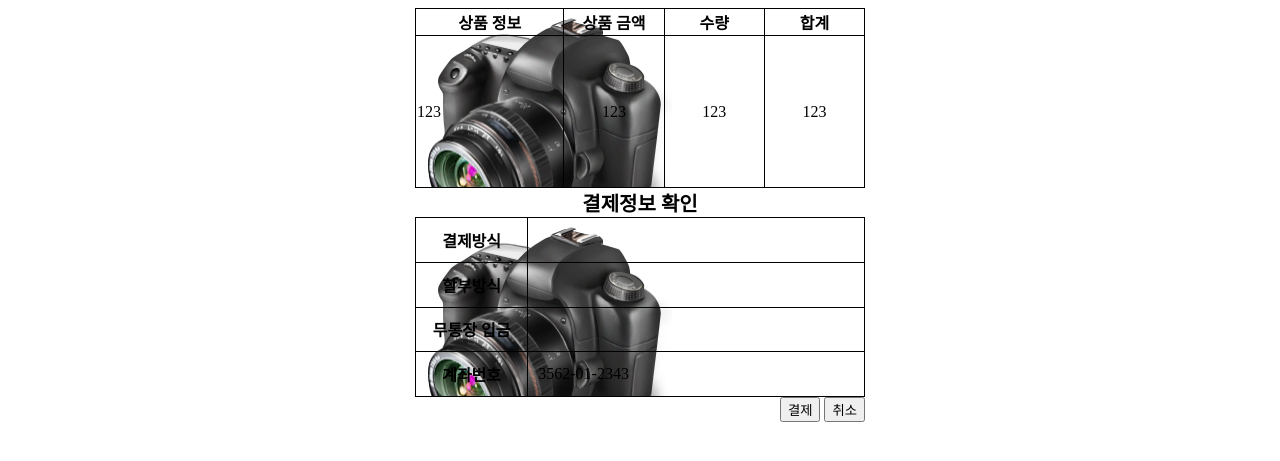
Repository: fellownew/project_workspace
Page: http://localhost/shoppingmall/WEB-INF/view/body/buyer/buyer_order_popup.jsp
These files come from the project's save history. The page is drawn as it stood at one moment and after the next save; the edit follows.
The browser window is 1280 px wide. The pictures show the whole page.
The page is served by Tomcat 9. Nobody is signed in. Other server files are loaded and not shown. The template is opened directly, without the code that normally fills it, so the values that code supplies are empty.

Above is the page before, as saved 2015-06-15 07:59:31.

### shoppingmall/WebContent/WEB-INF/view/body/buyer/buyer_order_popup.jsp
<%@ page contentType="text/html;charset=UTF-8"%>
<%@ taglib prefix="c" uri="http://java.sun.com/jsp/jstl/core"%>
<%@ taglib prefix="fn" uri="http://java.sun.com/jsp/jstl/functions"%>
<%@ taglib prefix="fmt" uri="http://java.sun.com/jsp/jstl/fmt"%>
<!DOCTYPE html>
<html>
<head>
<meta charset="UTF-8">

<style type="text/css">
.center {
	background: url(4.png) no-repeat;
	width: 450px;
	height: 180px;
	margin: 0 auto;
	border: 1px solid black; #
	wrap {position: relative; left : 50%;
	margin-left: -150px;
	align: center;
	left: 50%;
}

}
table, td, th {
	border: 1px #000 solid;
	border-collapse: collapse;
}
</style>


<title>결제창</title>
<link rel="stylesheet"
	href="<%=request.getContextPath()%>/css/sidemenu.css">
<script type="text/javascript"
	src="<%=request.getContextPath()%>/script/jquery.js"></script>
<script type="text/javascript">
	$(document).ready(function() {
		$("#test").on("click", function() {
			opener.parent.payment();
			window.self.close();
		});
	});
</script>

</head>
<body>
<table class="center">
	<colgroup>
		<col width="40">
		<col width="20">
		<col width="20">
		<col width="20">
	</colgroup>
			<thead>
			<tr>
				<th style=" width=150px">상품 정보</th>
				<th>상품 금액</th>
				<th>수량</th>
				<th>합계</th>
			</tr>
		</thead>
		<tbody>
			<tr>
				<td>123</td>
				<td style="text-align:center">123</td>
				<td style="text-align:center">123</td>
				<td style="text-align:center">123</td>
			</tr>
		</tbody>
</table>
	<table class="center">
		<colgroup>
			<col width="25%">
			<col width="75%">
		</colgroup>

		<caption style="text-align: center; font-weight: bold; font-size: 20px; align:center">
			결제정보 확인
		</caption>
		<thead>
			<tr>
				<c:if test="${param.addtype=='기본주소' }">
					<tr>
						<th>받는분</th>
						<td style="padding-left: 10px">${sessionScope.loginInfo.name}</td>
					</tr>
					<tr>
						<th>연락처</th>
						<td style="padding-left: 10px">${sessionScope.loginInfo.phone}</td>
					</tr>
					<tr>
						<th>주소</th>
						<td style="padding-left: 10px">(${sessionScope.loginInfo.address.postcode })
							${sessionScope.loginInfo.address.addressDetails }</td>
					</tr>
				</c:if>
				<c:if test="${param.addtype=='새로입력' }">
					<tr>
						<th>받는분</th>
						<td style="padding-left: 10px">${param.name}</td>
					</tr>
					<tr>
						<th>연락처</th>
						<td style="padding-left: 10px">${param.phone}</td>
					</tr>
					<tr>
						<th>주소</th>
						<td style="padding-left: 10px">${param.addressDetails}</td>
					</tr>
				</c:if>
			</tr>

			<tr>
				<c:if test="${param.card!='카드선택' }">
					<tr>
						<th>결제방식</th>
						<td style="padding-left: 10px">${param.card }</td>
					</tr>
					<tr>
						<th>할부방식</th>
						<td style="padding-left: 10px">${param.installment }</td>
					</tr>
				</c:if>
				<c:if test="${param.bank!='은행선택' }">
					<tr>
						<th>무통장 입금</th>
						<td style="padding-left: 10px">${param.bank }</td>
					</tr>
					<tr>
						<th>계좌번호</th>
						<td style="padding-left: 10px">3562-01-2343</td>
					</tr>
				</c:if>
			</tr>
		<caption style="text-align: right" align="bottom">
			<button id="test">결제</button>
			<button onclick="window.close()">취소</button>
		</caption>
	</table>
	<br>
</body>
</html>

### shoppingmall/WebContent/css/sidemenu.css
/* Starter CSS for Flyout Menu */
#cssmenu,
#cssmenu ul,
#cssmenu ul li,
#cssmenu ul ul {
  list-style: none;
  margin: 0;
  padding: 0;
  border: 0;
}
#cssmenu ul {
  position: relative;
  z-index: 597;
  float: left;
}
#cssmenu ul li {
  float: left;
  min-height: 1px;
  line-height: 1em;
  vertical-align: middle;
}
#cssmenu ul li.hover,
#cssmenu ul li:hover {
  position: relative;
  z-index: 599;
  cursor: default;
}
#cssmenu ul ul {
  margin-top: 1px;
  visibility: hidden;
  position: absolute;
  top: 1px;
  left: 99%;
  z-index: 598;
  width: 100%;
}
#cssmenu ul ul li {
  float: none;
}
#cssmenu ul ul ul {
  top: 1px;
  left: 99%;
}
#cssmenu ul li:hover > ul {
  visibility: visible;
}
#cssmenu ul li {
  float: none;
}
#cssmenu ul ul li {
  font-weight: normal;
}
/* Custom CSS Styles */
#cssmenu {
  font-size: 18px;
  width: 200px;
}
#cssmenu ul a,
#cssmenu ul a:link,
#cssmenu ul a:visited {
  display: block;
  color: #848889;
  text-decoration: none;
  font-weight: 300;
}
#cssmenu > ul {
  float: none;
}
#cssmenu ul {
  background: #fff;
}
#cssmenu > ul > li {
  border-left: 3px solid #d7d8da;
}
#cssmenu > ul > li > a {
  padding: 10px 20px;
}
#cssmenu > ul > li:hover {
  border-left: 3px solid #3dbd99;
}
#cssmenu ul li:hover > a {
  color: #3dbd99;
}
#cssmenu > ul > li:hover {
  background: #f6f6f6;
}
/* Sub Menu */
#cssmenu ul ul a:link,
#cssmenu ul ul a:visited {
  font-weight: 400;
  font-size: 14px;
}
#cssmenu ul ul {
  width: 180px;
  background: none;
  border-left: 20px solid transparent;
}
#cssmenu ul ul a {
  padding: 8px 0;
  border-bottom: 1px solid #eeeeee;
}
#cssmenu ul ul li {
  padding: 0 20px;
  background: #fff;
}
#cssmenu ul ul li:last-child {
  border-bottom: 3px solid #d7d8da;
  padding-bottom: 10px;
}
#cssmenu ul ul li:first-child {
  padding-top: 10px;
}
#cssmenu ul ul li:last-child > a {
  border-bottom: none;
}
#cssmenu ul ul li:first-child:after {
  content: '';
  display: block;
  width: 0;
  height: 0;
  position: absolute;
  left: -20px;
  top: 13px;
  border-left: 10px solid transparent;
  border-right: 10px solid #fff;
  border-bottom: 10px solid transparent;
  border-top: 10px solid transparent;
}

Loaded but not shown: shoppingmall/WebContent/script/jquery.js (library)

After the next save:
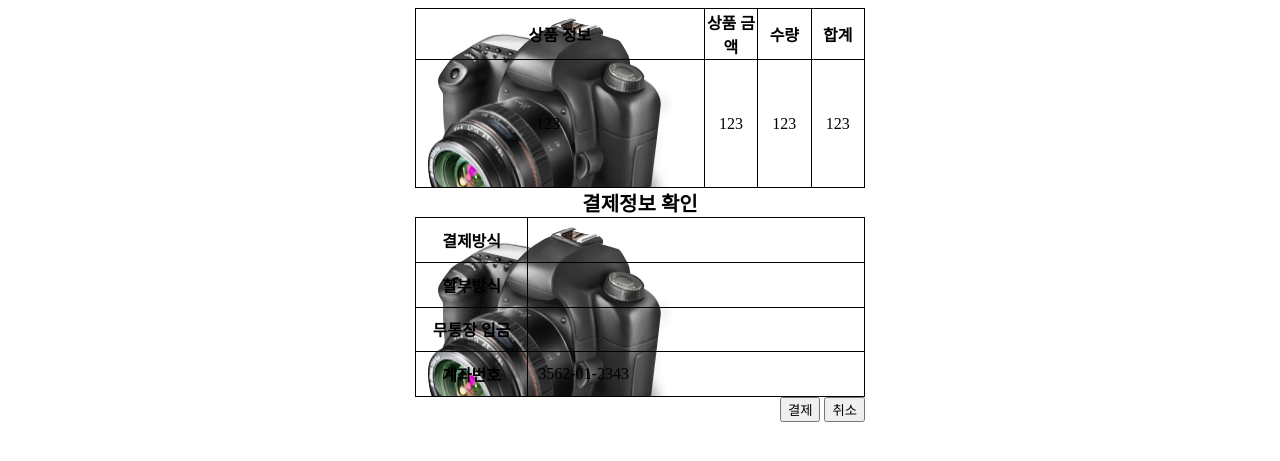
Saved 3 s later.
--- a/shoppingmall/WebContent/WEB-INF/view/body/buyer/buyer_order_popup.jsp
+++ b/shoppingmall/WebContent/WEB-INF/view/body/buyer/buyer_order_popup.jsp
@@ -61,7 +61,7 @@ table, td, th {
 		</thead>
 		<tbody>
 			<tr>
-				<td>123</td>
+				<td style="padding-left: 120px">123</td>
 				<td style="text-align:center">123</td>
 				<td style="text-align:center">123</td>
 				<td style="text-align:center">123</td>
